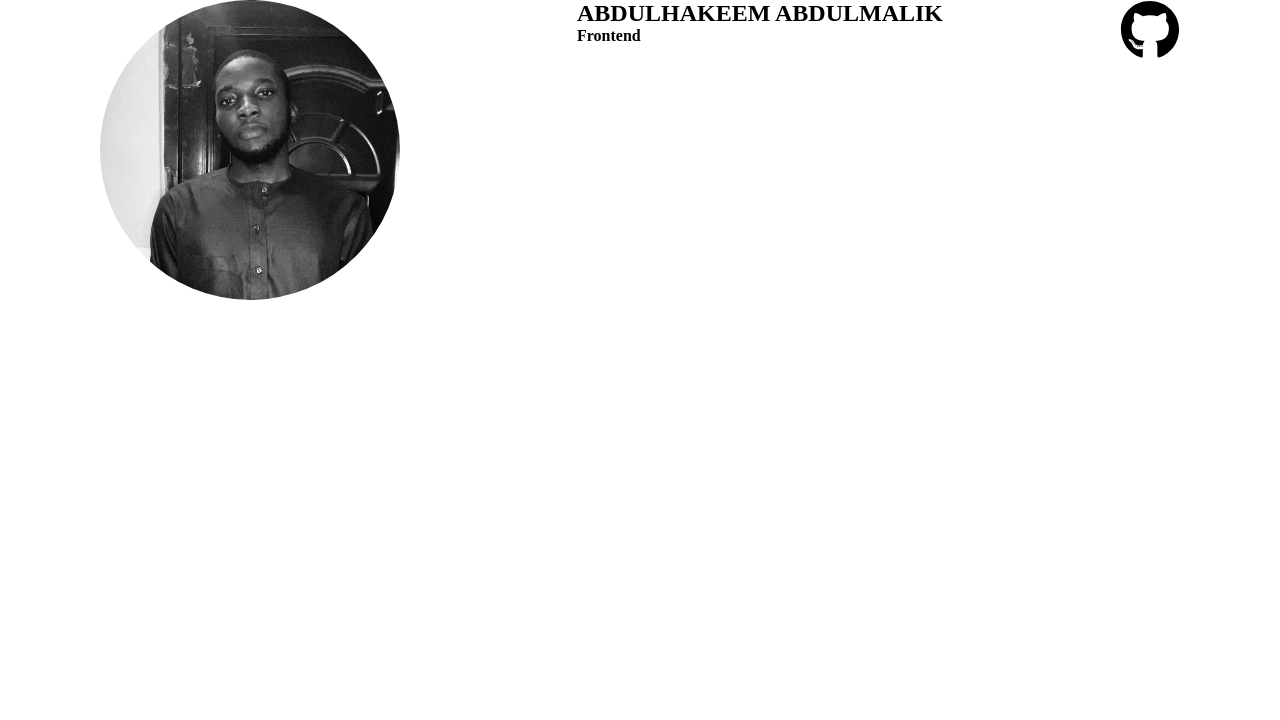
Repository: malikhakeem/HNG-TASK
Page: HNG-TASK1.html
The author's editor kept a copy of each file at every save. The page is drawn from the files as they stood at one save, then again after the next save.
The browser window is 1280 px wide. The pictures show the whole page.

Above is the page before, as saved 2023-09-08 21:47:53.

### HNG-TASK1.html
<!DOCTYPE html>
<html lang="en">

<head>
    <meta charset="UTF-8">
    <meta name="viewport" content="width=device-width, initial-scale=1.0">

    <link rel="stylesheet" href="./HNG-TASK!.css">
    <title>HNG</title>
</head>

<body>
    <div class="body">
        <div class="nav">
            <div class="nav-left"><img data-testId="slackDisplayImage" class="profile-pic" src="./pic/kim.jpg"alt="Malik" /></div>
            <div class="nav-mid">
                <div class="slack-name">
                    <h2>ABDULHAKEEM ABDULMALIK</h2>
                </div>
                <div class="track">
                    <h4>Frontend</h4>
                </div>
            </div>
            <div data-testId="slackUserName" class="nav-right">
                <a href="link address"><img src="./pic//github.svg" width="60" height="60"></a>
            </div>

        </div>
    </div>

</body>

</html>

### HNG-TASK!.css
*{
    padding:0px;
    margin:0px;

}

.profile-pic{
    width:300px;
    height:300px;
    border-radius: 50%;
}
.nav{
    display:flex;

    justify-content: space-between;
    padding: 0px 100px 0px 100px;
}

.body{

}

After the next save:
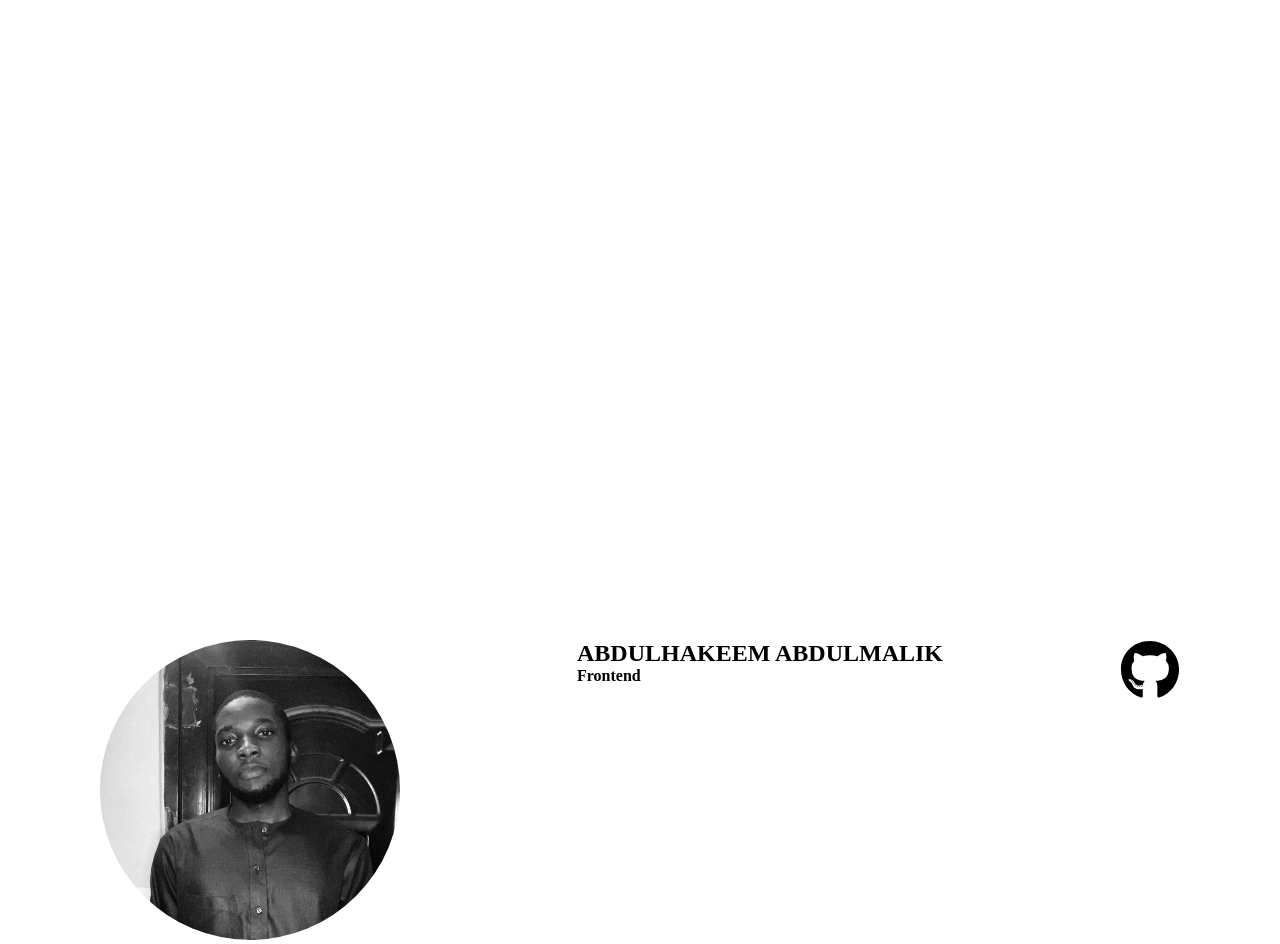
Saved 10 s later.
--- a/HNG-TASK!.css
+++ b/HNG-TASK!.css
@@ -13,7 +13,7 @@
     display:flex;
 
     justify-content: space-between;
-    padding: 0px 100px 0px 100px;
+    padding: 50% 100px 0px 100px;
 }
 
 .body{
